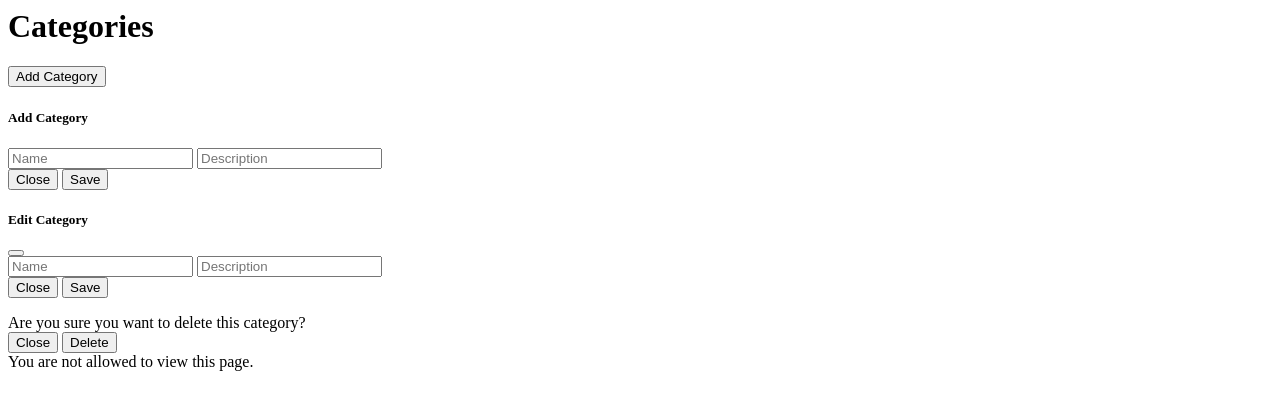
Repository: kanitafoco/kanita-foco
Page: frontend/views/categories.html
These files come from the project's save history. The page is drawn as it stood at one moment and after a run of saves; the edit follows.
The browser window is 1280 px wide. The pictures show the whole page.

Above is the page before, as saved 2025-12-09 21:58:14.
Console error: ReferenceError: $ is not defined

### frontend/views/categories.html
<div class="container py-4">
  <h1 class="mb-4">Categories</h1>

  <button class="btn btn-primary mb-3" onclick="CategoryService.openAddModal()">
      Add Category
  </button>

  <div id="adminCategorySection">

  <table id="categories-table" class="display table table-striped w-100"></table>


  <!-- Add Modal -->
  <div class="modal" id="addCategoryModal">
     <div class="modal-dialog">
       <div class="modal-content">
          <form id="addCategoryForm">
              <div class="modal-header"><h5 class="modal-title">Add Category</h5></div>
              <div class="modal-body">
                  <input class="form-control mb-2" name="name" placeholder="Name" required>
                  <input class="form-control mb-2" name="description" placeholder="Description" required>
              </div>
              <div class="modal-footer">
                  <button type="button" class="btn btn-secondary" onclick="CategoryService.closeModal()">Close</button>
                  <button type="submit" class="btn btn-primary">Save</button>
              </div>
          </form>
       </div>
     </div>
  </div>

  <!-- Edit Modal -->
  <div class="modal fade" id="editCategoryModal" tabindex="-1" role="dialog">
    <div class="modal-dialog">
      <div class="modal-content">

        <form id="editCategoryForm">

          <input type="hidden" id="edit_category_id" name="category_id">

          <div class="modal-header">
            <h5 class="modal-title">Edit Category</h5>
            <button type="button" class="btn-close" data-bs-dismiss="modal"></button>
          </div>

          <div class="modal-body">
            <input class="form-control mb-2" id="edit_name" name="name" placeholder="Name" required>
            <input class="form-control mb-2" id="edit_description" name="description" placeholder="Description" required>
          </div>

          <div class="modal-footer">
            <button type="button" class="btn btn-secondary" data-bs-dismiss="modal">Close</button>
            <button type="submit" class="btn btn-primary">Save</button>
          </div>


        </form>

      </div>
    </div>
  </div>

  <!-- Delete Modal -->
  <div class="modal" id="deleteCategoryModal">
      <div class="modal-dialog">
          <div class="modal-content">
              <input type="hidden" id="delete_category_id">
              <div class="modal-body">Are you sure you want to delete this category?</div>
              <div class="modal-footer">
                  <button class="btn btn-secondary" onclick="CategoryService.closeModal()">Close</button>
                  <button class="btn btn-danger" onclick="CategoryService.deleteCategory()">Delete</button>
              </div>
          </div>
      </div>
  </div>
</div>

</div>
</div>


<!-- NON-ADMIN message -->
<div id="notAdminMessage" class="alert alert-danger d-none">
    You are not allowed to view this page.
</div>

</div>


<script>
  $(function () {
    CategoryService.init();
  });
</script>

<script>
  $(document).on("click", ".edit-category-btn", function () {
      const id = $(this).data("id");
      CategoryService.openEditModal(id);
  });
</script>

After the next 4 saves:
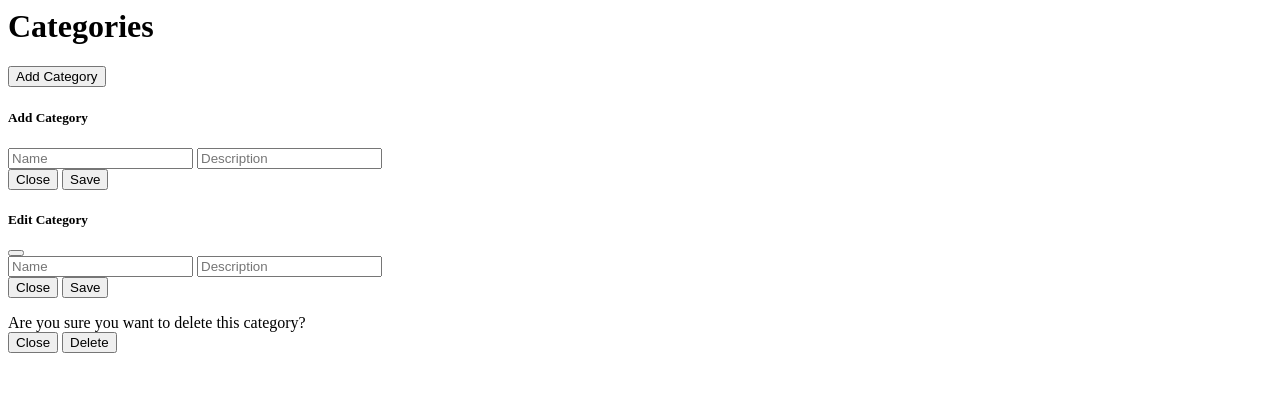
The 4 saves are shown as one change because they came seconds apart.
The last was saved 2 min 20 s later.
--- a/frontend/views/categories.html
+++ b/frontend/views/categories.html
@@ -5,7 +5,7 @@
       Add Category
   </button>
 
-  <div id="adminCategorySection">
+  <div id="adminCategorySection"></div>
 
   <table id="categories-table" class="display table table-striped w-100"></table>
 
@@ -75,27 +75,9 @@
   </div>
 </div>
 
-</div>
-</div>
-
-
-<!-- NON-ADMIN message -->
-<div id="notAdminMessage" class="alert alert-danger d-none">
-    You are not allowed to view this page.
-</div>
-
-</div>
-
 
 <script>
   $(function () {
     CategoryService.init();
   });
 </script>
-
-<script>
-  $(document).on("click", ".edit-category-btn", function () {
-      const id = $(this).data("id");
-      CategoryService.openEditModal(id);
-  });
-</script>
